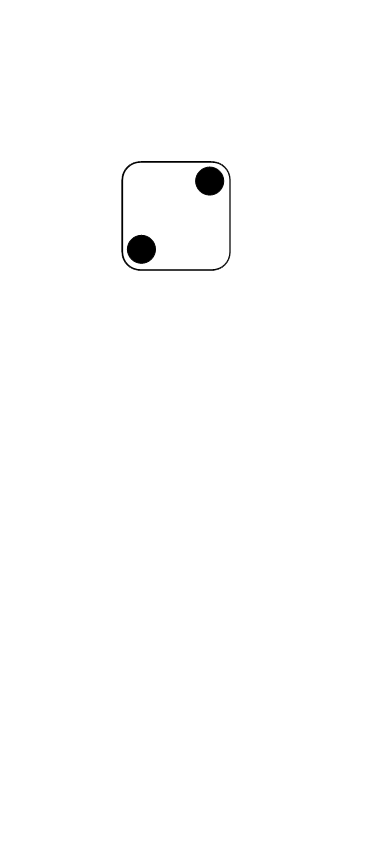
Repository: akinmiday/ReactNativeApp
Screen: /
An editor plug-in stored every save of this project. The screen is shown before and after a run of saves, followed by the edit.
The app was drawn by React Native's web renderer in a window 390 px wide. The project was rebuilt for these pictures with package versions that can differ from the ones it lists, and the page was loaded fresh each time.

Above is the screen before, as saved 2023-08-03 16:59:02.

After the next 2 saves:
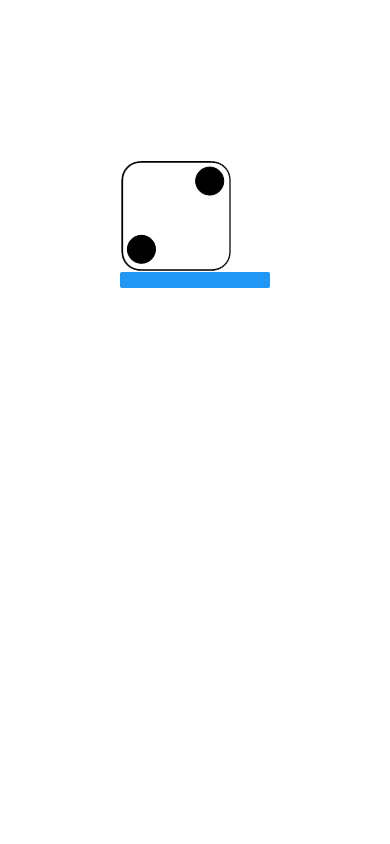
The 2 saves are shown as one change because 1 did not build or start.
The last was saved 49 s later.
--- a/App.js
+++ b/App.js
@@ -1,5 +1,5 @@
 import { useState } from "react";
-import { View, Text, TextInput, Image } from "react-native";
+import { View, Text, TextInput, Image, Button } from "react-native";
 import styles from "./styles";
 
 export default function App() {
@@ -22,6 +22,7 @@ export default function App() {
     <View style={container}>
       <View style={image}>
         <Image source={images.pics[dice]} />
+        <Button />
       </View>
     </View>
   );
